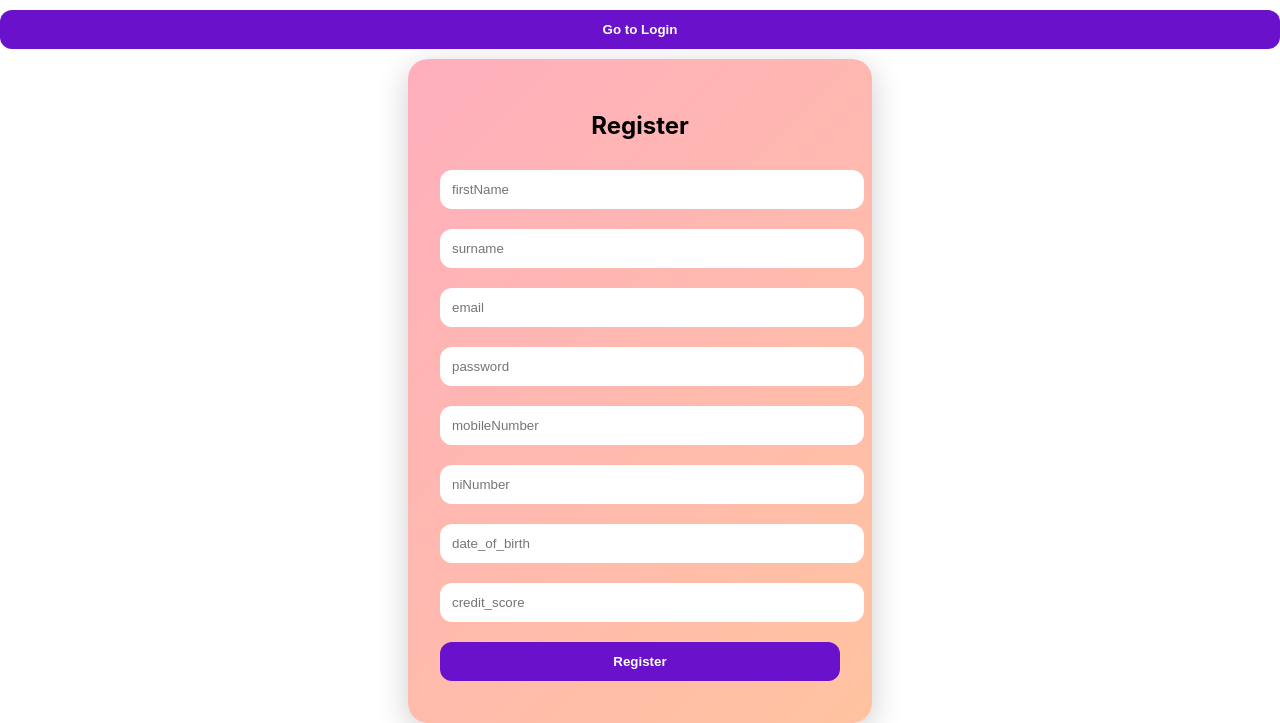
Repository: aab232/https---github.com-aab232-Deferred-Payment-Platform
Page: / (app in frontend/), after clicking the first element matching `button`
These files come from the project's save history. The page is drawn as it stood at one moment and after the next save; the edit follows.
The browser window is 1280 px wide. The pictures show the whole page.
The project was rebuilt for these pictures with package versions that can differ from the ones it lists, and the page was loaded fresh each time.

Above is the page before, as saved 2025-03-14 01:07:25.

### frontend/src/App.js
import React, { useState } from "react";
import Register from "./components/Register";
import Login from "./components/Login";

const App = () => {
    const [showLogin, setShowLogin] = useState(true);

    return (
        <div>
            <button onClick={() => setShowLogin(!showLogin)}>
                {showLogin ? "Go to Register" : "Go to Login"}
            </button>
            {showLogin ? <Login /> : <Register />}
        </div>
    );
};

export default App;

### frontend/src/components/Register.js
import React, { useState } from "react";
import axios from "axios";
import "./Register.css"; // Import the CSS for Register page

const Register = () => {
    const [formData, setFormData] = useState({
        firstName: "",
        surname: "",
        email: "",
        password: "",
        mobileNumber: "",
        niNumber: "",
        date_of_birth: "",
        credit_score: "", // Include credit score field
    });

    const handleChange = (e) => {
        setFormData({ ...formData, [e.target.name]: e.target.value });
    };

    const handleSubmit = async (e) => {
        e.preventDefault();
        try {
            const response = await axios.post("http://localhost:5000/register", formData);
            alert(response.data.message);
        } catch (error) {
            alert(error.response?.data.message || "Registration failed.");
        }
    };

    return (
        <div className="form-container">
            <h2>Register</h2>
            <form onSubmit={handleSubmit}>
                {Object.keys(formData).map((field) => (
                    <input
                        key={field}
                        type={field === "password" ? "password" : "text"}
                        name={field}
                        placeholder={field}
                        value={formData[field]}
                        onChange={handleChange}
                        required={field !== "mobileNumber"}
                    />
                ))}
                <button type="submit">Register</button>
            </form>
        </div>
    );
};

export default Register;

### frontend/src/components/Login.js
import React, { useState } from "react";
import axios from "axios";
import "./Login.css"; // Import the CSS for Login page

const Login = () => {
    const [formData, setFormData] = useState({
        email: "",
        password: "",
    });

    const handleChange = (e) => {
        setFormData({ ...formData, [e.target.name]: e.target.value });
    };

    const handleSubmit = async (e) => {
        e.preventDefault();
        try {
            const response = await axios.post("http://localhost:5000/login", formData);
            alert(response.data.message);
        } catch (error) {
            alert(error.response?.data.message || "Login failed.");
        }
    };

    return (
        <div className="container">
            <h2>Login</h2>
            <form onSubmit={handleSubmit}>
                {Object.keys(formData).map((field) => (
                    <input
                        key={field}
                        type={field === "password" ? "password" : "text"}
                        name={field}
                        placeholder={field}
                        value={formData[field]}
                        onChange={handleChange}
                        required
                    />
                ))}
                <button type="submit">Login</button>
            </form>
        </div>
    );
};

export default Login;

### frontend/src/components/Register.css
/* Styling for the Registration Form */
.form-container {
    max-width: 400px;
    margin: auto;
    padding: 2rem;
    background: linear-gradient(135deg, #ffafbd, #ffc3a0);
    border-radius: 20px;
    box-shadow: 0 8px 32px rgba(0, 0, 0, 0.2);
    text-align: center;
  }

  input, button {
    margin: 10px 0;
    padding: 12px;
    width: 100%;
    border-radius: 12px;
    border: none;
  }

  button {
    background-color: #6a11cb;
    color: white;
    font-weight: bold;
    cursor: pointer;
  }

  p {
    cursor: pointer;
    color: #6a11cb;
  }

### frontend/src/components/Login.css
/* Styling for the Login Form */
.container {
    max-width: 400px;
    margin: auto;
    padding: 2rem;
    background: linear-gradient(135deg, #ffafbd, #ffc3a0);
    border-radius: 20px;
    box-shadow: 0 8px 32px rgba(0, 0, 0, 0.2);
    text-align: center;
  }

  input, button {
    margin: 10px 0;
    padding: 12px;
    width: 100%;
    border-radius: 12px;
    border: none;
  }

  button {
    background-color: #6a11cb;
    color: white;
    font-weight: bold;
    cursor: pointer;
  }

  p {
    cursor: pointer;
    color: #6a11cb;
  }

Loaded but not shown: frontend/public/index.html (common file); frontend/src/index.js (common file); frontend/src/index.css (common file); frontend/src/reportWebVitals.js (common file)

After the next save:
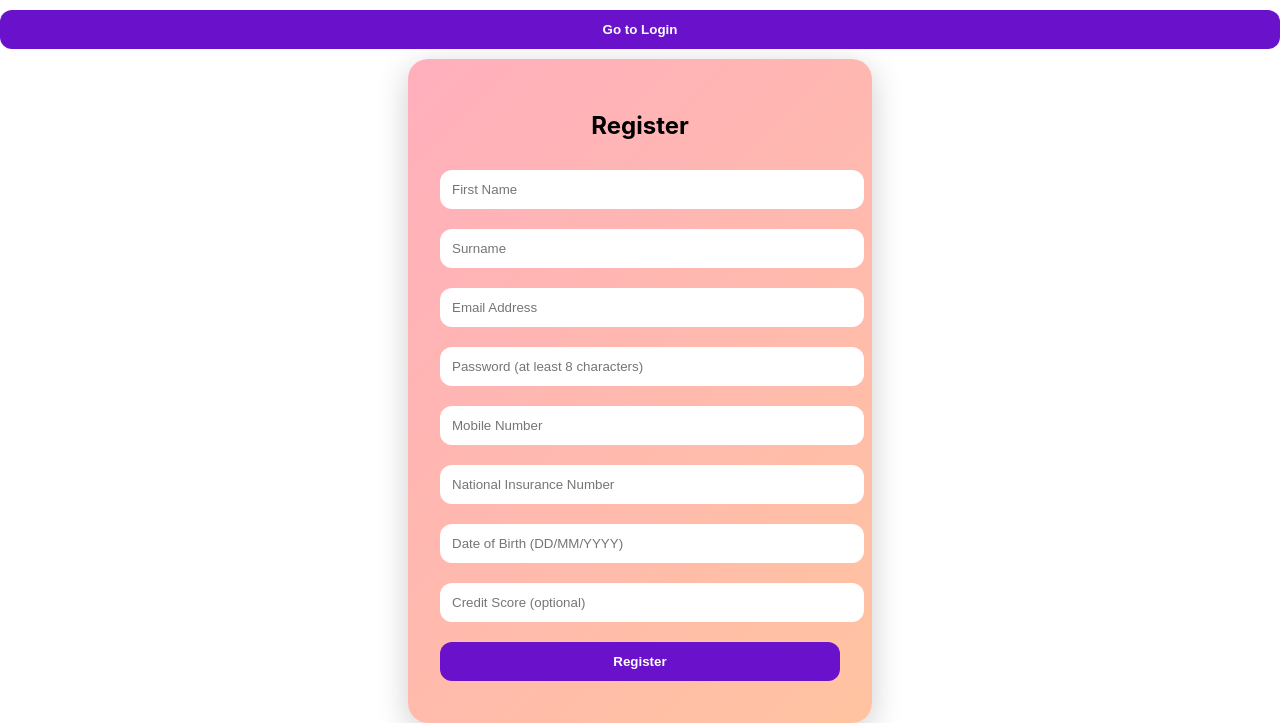
Saved 5 min 18 s later.
--- a/frontend/src/components/Register.js
+++ b/frontend/src/components/Register.js
@@ -1,6 +1,7 @@
 import React, { useState } from "react";
 import axios from "axios";
-import "./Register.css"; // Import the CSS for Register page
+import { NumericFormat } from "react-number-format"; // Corrected import
+import "./Register.css";
 
 const Register = () => {
     const [formData, setFormData] = useState({
@@ -11,7 +12,7 @@ const Register = () => {
         mobileNumber: "",
         niNumber: "",
         date_of_birth: "",
-        credit_score: "", // Include credit score field
+        credit_score: "",
     });
 
     const handleChange = (e) => {
@@ -32,17 +33,70 @@ const Register = () => {
         <div className="form-container">
             <h2>Register</h2>
             <form onSubmit={handleSubmit}>
-                {Object.keys(formData).map((field) => (
-                    <input
-                        key={field}
-                        type={field === "password" ? "password" : "text"}
-                        name={field}
-                        placeholder={field}
-                        value={formData[field]}
-                        onChange={handleChange}
-                        required={field !== "mobileNumber"}
-                    />
-                ))}
+                <input
+                    type="text"
+                    name="firstName"
+                    placeholder="First Name"
+                    value={formData.firstName}
+                    onChange={handleChange}
+                    required
+                />
+                <input
+                    type="text"
+                    name="surname"
+                    placeholder="Surname"
+                    value={formData.surname}
+                    onChange={handleChange}
+                    required
+                />
+                <input
+                    type="email"
+                    name="email"
+                    placeholder="Email Address"
+                    value={formData.email}
+                    onChange={handleChange}
+                    required
+                />
+                <input
+                    type="password"
+                    name="password"
+                    placeholder="Password (at least 8 characters)"
+                    value={formData.password}
+                    onChange={handleChange}
+                    required
+                />
+                <input
+                    type="text"
+                    name="mobileNumber"
+                    placeholder="Mobile Number"
+                    value={formData.mobileNumber}
+                    onChange={handleChange}
+                    required
+                />
+                <input
+                    type="text"
+                    name="niNumber"
+                    placeholder="National Insurance Number"
+                    value={formData.niNumber}
+                    onChange={handleChange}
+                    required
+                />
+                <NumericFormat
+                    format="##/##/####"
+                    mask="_"
+                    name="date_of_birth"
+                    placeholder="Date of Birth (DD/MM/YYYY)"
+                    value={formData.date_of_birth}
+                    onChange={handleChange}
+                    required
+                />
+                <input
+                    type="text"
+                    name="credit_score"
+                    placeholder="Credit Score (optional)"
+                    value={formData.credit_score}
+                    onChange={handleChange}
+                />
                 <button type="submit">Register</button>
             </form>
         </div>
